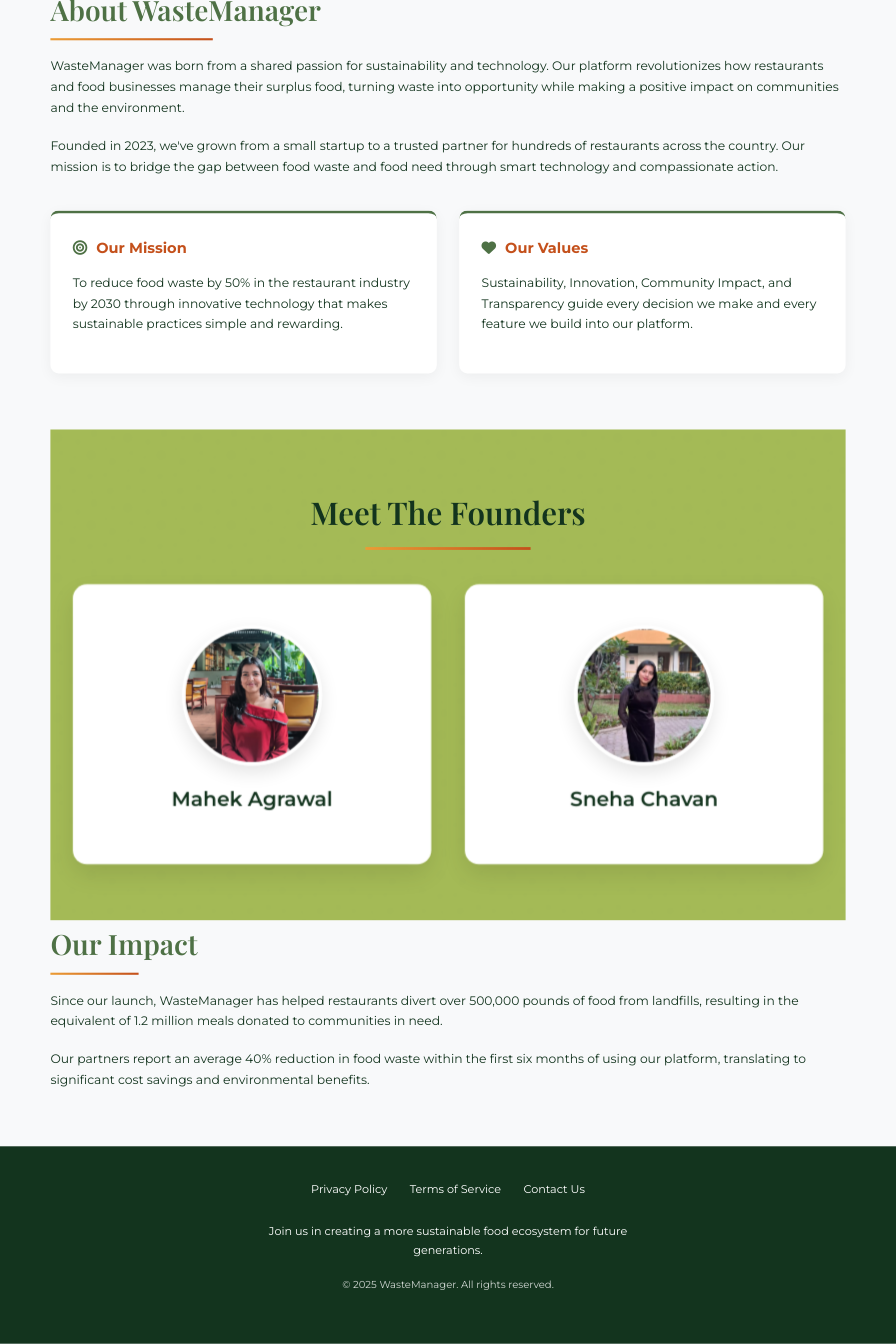
Repository: mahekagrawal25/restaurant-waste-management
Page: frontend/aboutus.html
The author's editor kept a copy of each file at every save. The page is drawn from the files as they stood at one save, then again after the next save.
The browser window is 1280 px wide. The pictures show the part of the page from y = 541 to 2461 px (the page is 2461 px tall), at 70% of full size.

Above is the page before, as saved 2025-04-25 23:59:38.

### frontend/aboutus.html
<!DOCTYPE html>
<html lang="en">
<head>
  <meta charset="UTF-8">
  <meta name="viewport" content="width=device-width, initial-scale=1.0">
  <title>About Us | WasteManager</title>
  <link href="https://fonts.googleapis.com/css2?family=Montserrat:wght@300;400;500;600;700&family=Playfair+Display:wght@400;500;600&display=swap" rel="stylesheet">
  <link rel="stylesheet" href="https://cdnjs.cloudflare.com/ajax/libs/font-awesome/6.4.0/css/all.min.css">
  <style>
    :root {
      --dark-green: #13341E;
      --fern-green: #4E7145;
      --gamboge: #EB9C35;
      --sinopia: #C4501B;
      --light-bg: #F8F9FA;
      --transition: all 0.4s cubic-bezier(0.16, 1, 0.3, 1);
    }

    * {
      margin: 0;
      padding: 0;
      box-sizing: border-box;
    }

    body {
      font-family: 'Montserrat', sans-serif;
      background-color: var(--light-bg);
      color: var(--dark-green);
      line-height: 1.7;
    }

    header {
      background-color: var(--dark-green);
      color: white;
      padding: 1.5rem 3rem;
      display: flex;
      justify-content: space-between;
      align-items: center;
      box-shadow: 0 4px 12px rgba(19, 52, 30, 0.1);
    }

    .logo {
      font-family: 'Playfair Display', serif;
      font-size: 1.8rem;
      font-weight: 600;
      letter-spacing: 1px;
    }

    nav a {
      color: white;
      text-decoration: none;
      margin-left: 2rem;
      font-weight: 500;
      transition: var(--transition);
      position: relative;
    }

    nav a:hover {
      color: var(--gamboge);
    }

    nav a::after {
      content: '';
      position: absolute;
      width: 0;
      height: 2px;
      bottom: -5px;
      left: 0;
      background-color: var(--gamboge);
      transition: var(--transition);
    }

    nav a:hover::after {
      width: 100%;
    }

    .hero-about {
      background: linear-gradient(135deg, rgba(78, 113, 69, 0.9) 0%, rgba(19, 52, 30, 0.9) 100%),
                  url('https://images.unsplash.com/photo-1606787366850-de6330128bfc') center/cover;
      color: white;
      padding: 6rem 2rem;
      text-align: center;
    }

    .hero-about h1 {
      font-family: 'Playfair Display', serif;
      font-size: 3.5rem;
      margin-bottom: 1.5rem;
      font-weight: 600;
    }

    .hero-about p {
      max-width: 800px;
      margin: 0 auto;
      font-size: 1.2rem;
      opacity: 0.9;
    }

    .about-content {
      max-width: 1200px;
      margin: 5rem auto;
      padding: 0 2rem;
    }

    .about-section {
      margin-bottom: 5rem;
    }

    .about-section h2 {
      font-family: 'Playfair Display', serif;
      font-size: 2.5rem;
      margin-bottom: 2rem;
      color: var(--fern-green);
      position: relative;
      display: inline-block;
    }

    .about-section h2::after {
      content: '';
      position: absolute;
      width: 60%;
      height: 3px;
      bottom: -10px;
      left: 0;
      background: linear-gradient(90deg, var(--gamboge), var(--sinopia));
    }

    .about-section p {
      margin-bottom: 1.5rem;
      font-size: 1.1rem;
    }

    .founders-section {
      background-color: #a4ba56; /* New light background color */
      padding: 5rem 2rem;
      position: relative;
      overflow: hidden;
    }

    .founders-section::before {
      content: '';
      position: absolute;
      top: 0;
      left: 0;
      width: 100%;
      height: 100%;
      background: url("data:[embedded picture, 1230 characters]");
      opacity: 0.3;
      z-index: 0;
    }

    .founders-container {
      max-width: 1200px;
      margin: 0 auto;
      position: relative;
      z-index: 1;
    }

    .founders-header {
      text-align: center;
      margin-bottom: 4rem;
    }

    .founders-header h2 {
      font-family: 'Playfair Display', serif;
      font-size: 2.8rem;
      color: var(--dark-green);
      position: relative;
      display: inline-block;
    }

    .founders-header h2::after {
      content: '';
      position: absolute;
      width: 60%;
      height: 4px;
      bottom: -15px;
      left: 20%;
      background: linear-gradient(90deg, var(--gamboge), var(--sinopia));
    }

    .founders-grid {
      display: grid;
      grid-template-columns: repeat(auto-fit, minmax(300px, 1fr));
      gap: 3rem;
      align-items: center;
    }

    .founder-card {
      position: relative;
      height: 400px;
      perspective: 1000px;
    }

    .founder-inner {
      position: relative;
      width: 100%;
      height: 100%;
      transition: transform 0.8s;
      transform-style: preserve-3d;
    }

    .founder-card:hover .founder-inner {
      transform: rotateY(180deg);
    }

    .founder-front, .founder-back {
      position: absolute;
      width: 100%;
      height: 100%;
      backface-visibility: hidden;
      border-radius: 20px;
      overflow: hidden;
      box-shadow: 0 15px 35px rgba(0,0,0,0.1);
    }

    .founder-front {
      background-color: white;
      display: flex;
      flex-direction: column;
      align-items: center;
      justify-content: center;
      padding: 2rem;
    }

    .founder-photo {
      width: 200px;
      height: 200px;
      border-radius: 50%;
      object-fit: cover;
      border: 5px solid white;
      box-shadow: 0 10px 25px rgba(0,0,0,0.1);
      margin-bottom: 1.5rem;
    }

    .founder-name {
      font-size: 1.8rem;
      color: var(--dark-green);
      font-weight: 600;
      margin-bottom: 0.5rem;
    }

    .founder-back {
      background: linear-gradient(135deg, var(--fern-green) 0%, var(--dark-green) 100%);
      transform: rotateY(180deg);
      display: flex;
      align-items: center;
      justify-content: center;
      padding: 2rem;
    }

    .founder-quote {
      color: white;
      font-size: 1.2rem;
      font-style: italic;
      text-align: center;
      line-height: 1.6;
    }

    .founder-quote::before,
    .founder-quote::after {
      content: '"';
      font-size: 2rem;
      color: var(--gamboge);
      line-height: 0;
    }

    .mission-values {
      display: flex;
      flex-wrap: wrap;
      gap: 2rem;
      margin-top: 3rem;
    }

    .value-card {
      flex: 1 1 300px;
      background: white;
      padding: 2rem;
      border-radius: 12px;
      box-shadow: 0 5px 20px rgba(0, 0, 0, 0.05);
      border-top: 4px solid var(--fern-green);
    }

    .value-card h3 {
      font-size: 1.3rem;
      margin-bottom: 1rem;
      color: var(--sinopia);
      display: flex;
      align-items: center;
      gap: 0.8rem;
    }

    .value-card h3 i {
      color: var(--fern-green);
    }

    footer {
      background-color: var(--dark-green);
      color: white;
      text-align: center;
      padding: 3rem 1rem;
      margin-top: 5rem;
    }

    footer p {
      max-width: 600px;
      margin: 0 auto 1.5rem;
    }

    .footer-links {
      display: flex;
      justify-content: center;
      gap: 2rem;
      margin-bottom: 2rem;
    }

    .footer-links a {
      color: white;
      text-decoration: none;
      transition: var(--transition);
    }

    .footer-links a:hover {
      color: var(--gamboge);
    }

    .copyright {
      font-size: 0.9rem;
      opacity: 0.8;
    }

    @media (max-width: 768px) {
      header {
        flex-direction: column;
        padding: 1.5rem;
      }

      nav {
        margin-top: 1.5rem;
      }

      nav a {
        margin: 0 1rem;
      }

      .hero-about h1 {
        font-size: 2.5rem;
      }

      .hero-about p {
        font-size: 1rem;
      }

      .about-section h2 {
        font-size: 2rem;
      }

      .founders {
        gap: 2rem;
      }
    }
  </style>
</head>
<body>
  <header>
    <div class="logo">WasteManager</div>
    <nav>
      <a href="index.html">Home</a>
      <a href="about.html" class="active">About</a>
      <a href="features.html">Features</a>
      <a href="contact.html">Contact</a>
    </nav>
  </header>

  <section class="hero-about">
    <h1>Our Story</h1>
    <p>Transforming food waste management through innovation and sustainability</p>
  </section>

  <div class="about-content">
    <section class="about-section">
      <h2>About WasteManager</h2>
      <p>WasteManager was born from a shared passion for sustainability and technology. Our platform revolutionizes how restaurants and food businesses manage their surplus food, turning waste into opportunity while making a positive impact on communities and the environment.</p>
      <p>Founded in 2023, we've grown from a small startup to a trusted partner for hundreds of restaurants across the country. Our mission is to bridge the gap between food waste and food need through smart technology and compassionate action.</p>

      <div class="mission-values">
        <div class="value-card">
          <h3><i class="fas fa-bullseye"></i> Our Mission</h3>
          <p>To reduce food waste by 50% in the restaurant industry by 2030 through innovative technology that makes sustainable practices simple and rewarding.</p>
        </div>
        <div class="value-card">
          <h3><i class="fas fa-heart"></i> Our Values</h3>
          <p>Sustainability, Innovation, Community Impact, and Transparency guide every decision we make and every feature we build into our platform.</p>
        </div>
      </div>
    </section>

    <section class="founders-section" id="founders">
        <div class="founders-container">
          <div class="founders-header">
            <h2>Meet The Founders</h2>
          </div>

          <div class="founders-grid">
            <div class="founder-card">
              <div class="founder-inner">
                <div class="founder-front">
                  <img src="/frontend/images/Mahek.jpg" alt="Alex Johnson" class="founder-photo">
                  <h3 class="founder-name">Mahek Agrawal</h3>
                </div>
                <div class="founder-back">
                  <p class="founder-quote">Innovating for a sustainable future through technology</p>
                </div>
              </div>
            </div>

            <div class="founder-card">
              <div class="founder-inner">
                <div class="founder-front">
                  <img src="/frontend/images/sneha.jpg" alt="Sarah Chen" class="founder-photo">
                  <h3 class="founder-name">Sneha Chavan</h3>
                </div>
                <div class="founder-back">
                  <p class="founder-quote">Turning food waste into community opportunities</p>
                </div>
              </div>
            </div>
          </div>
        </div>
      </section>

    <section class="about-section">
      <h2>Our Impact</h2>
      <p>Since our launch, WasteManager has helped restaurants divert over 500,000 pounds of food from landfills, resulting in the equivalent of 1.2 million meals donated to communities in need.</p>
      <p>Our partners report an average 40% reduction in food waste within the first six months of using our platform, translating to significant cost savings and environmental benefits.</p>
    </section>
  </div>

  <footer>
    <div class="footer-links">
      <a href="privacy.html">Privacy Policy</a>
      <a href="terms.html">Terms of Service</a>
      <a href="contact.html">Contact Us</a>
    </div>
    <p>Join us in creating a more sustainable food ecosystem for future generations.</p>
    <p class="copyright">&copy; 2025 WasteManager. All rights reserved.</p>
  </footer>
</body>
</html>

After the next save:
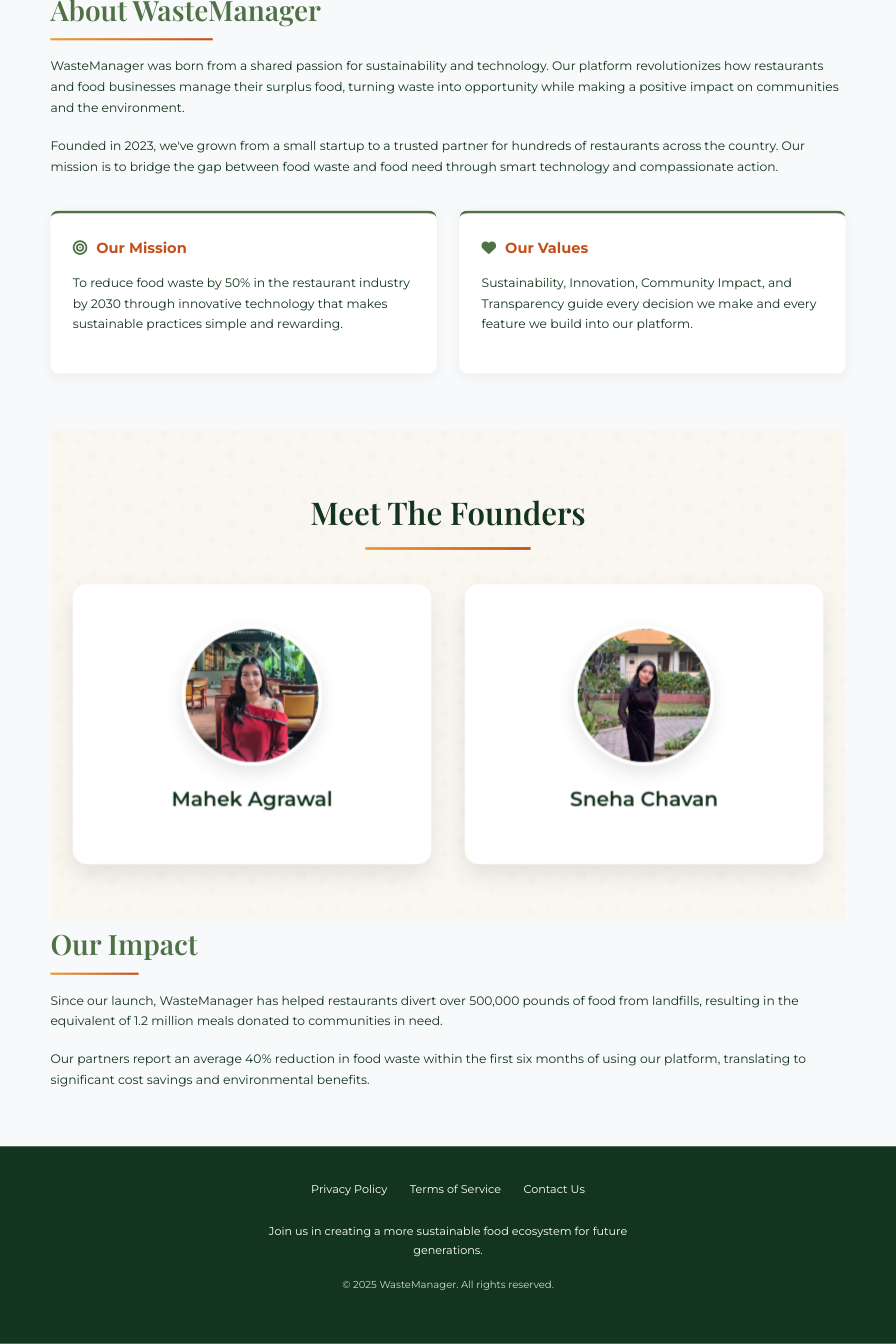
Saved 60 s later.
--- a/frontend/aboutus.html
+++ b/frontend/aboutus.html
@@ -131,7 +131,7 @@
     }
 
     .founders-section {
-      background-color: #a4ba56; /* New light background color */
+      background-color: #F9F7F0; /* New light background color */
       padding: 5rem 2rem;
       position: relative;
       overflow: hidden;
